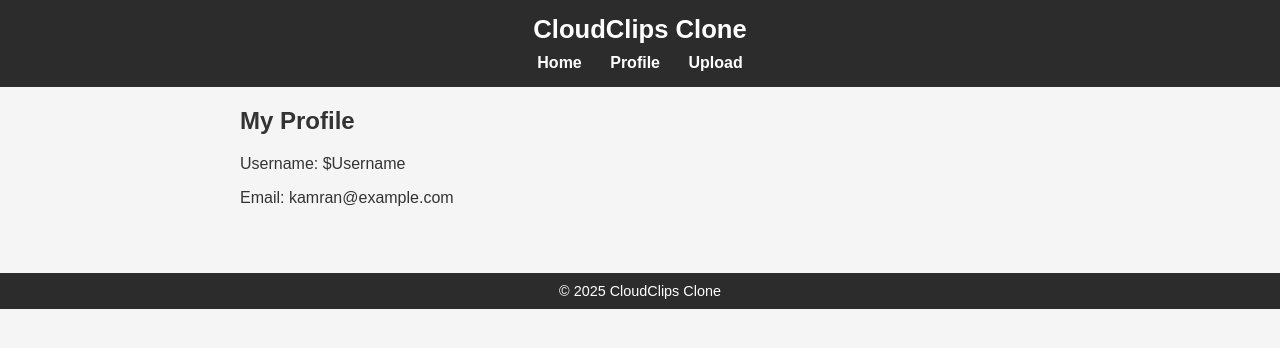
Repository: burhannaseer/CloudClips
Page: profile.html
The author's editor kept a copy of each file at every save. The page is drawn from the files as they stood at one save, then again after the next save.
The browser window is 1280 px wide. The pictures show the whole page.

Above is the page before, as saved 2025-05-08 01:47:54.

After the next save:
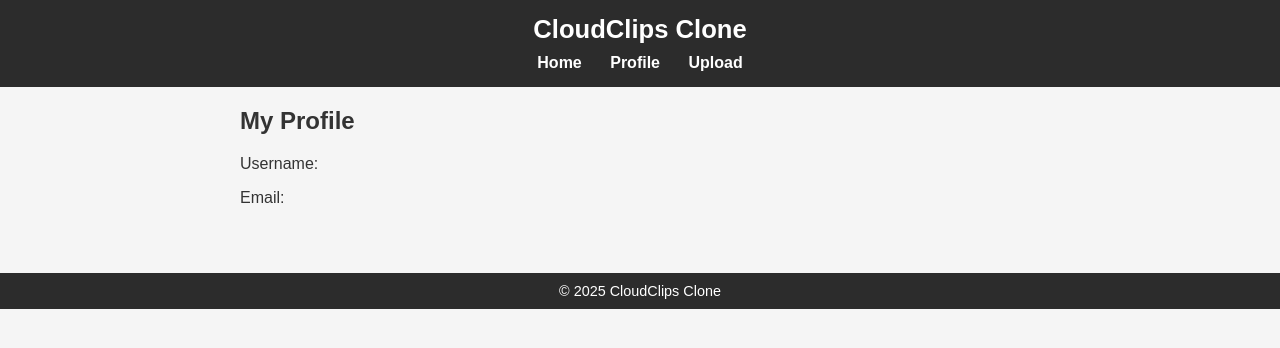
Saved 32 s later.
--- a/profile.html
+++ b/profile.html
@@ -17,11 +17,10 @@
       </nav>
     </div>
   </header>
-
   <main class="container">
     <h2>My Profile</h2>
-    <p>Username: $Username</p>
-    <p>Email: kamran@example.com</p>
+    <p>Username: <span id="usernameDisplay"></span></p>
+    <p>Email: <span id="emailDisplay"></span></p>
     <div id="myPosts" class="feed"></div>
   </main>
 
